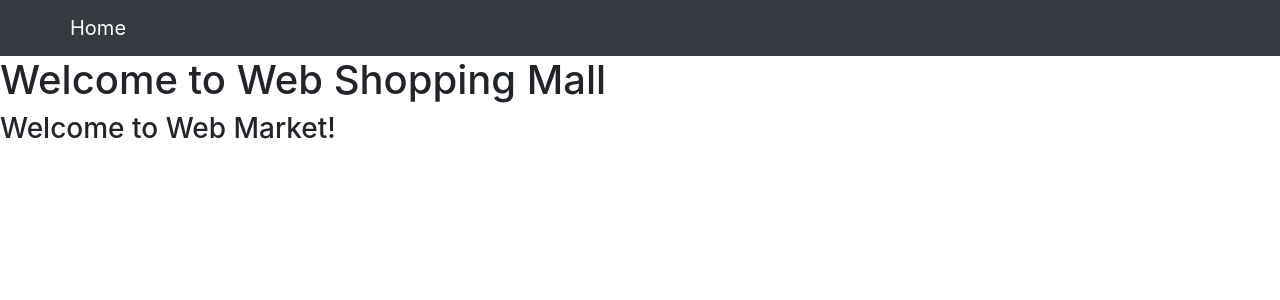
Repository: potatoy1/learning-jsp
Page: http://localhost/JSPBook/welcome.jsp
The author's editor kept a copy of each file at every save. The page is drawn from the files as they stood at one save, then again after the next save.
The browser window is 1280 px wide. The pictures show the whole page.
The page is served by Tomcat 9. Other server files are loaded and not shown.

Above is the page before, as saved 2022-09-26 08:29:46.

### JSPBook/WebContent/welcome.jsp
<%@ page language="java" contentType="text/html; charset=UTF-8"%>
<!DOCTYPE html>
<html>
<head>
<link rel="stylesheet" href="https://maxcdn.bootstrapcdn.com/bootstrap/4.0.0/css/bootstrap.min.css">
<title>Welcome</title>
</head>
<body>
	<nav class="navbar navbar-expand navbar-dark bg-dark">
		<!-- 내용이 들어간다. -->
		<div class="container">
			<div class="navbar-header">
				<a class = "navbar-brand" href="./welcome.jsp">Home</a>
			</div>
		</div>
	</nav>
	<%! // 선언문
		// 전역변수
		String greeting = "Welcome to Web Shopping Mall";
		String tagline = "Welcome to Web Market!";
	%>
	<!-- 표현문 -->
	<h1><%=greeting%></h1>
	<h3><%=tagline%></h3>
</body>
</html>

After the next save:
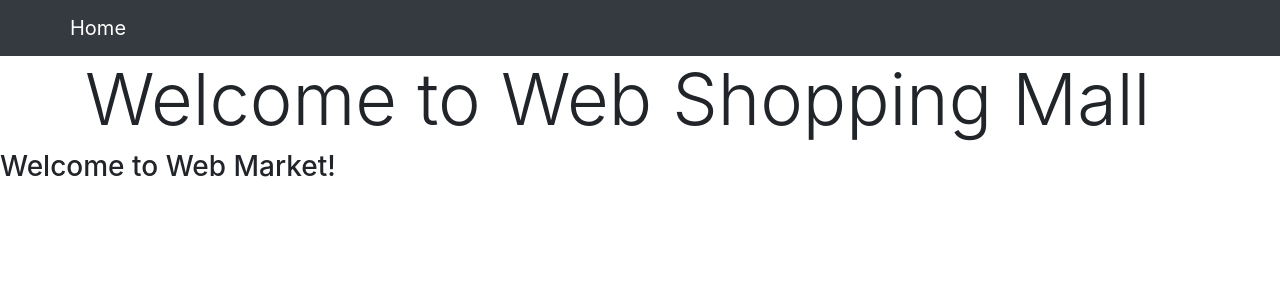
Saved 3 min 0 s later.
--- a/JSPBook/WebContent/welcome.jsp
+++ b/JSPBook/WebContent/welcome.jsp
@@ -20,7 +20,11 @@
 		String tagline = "Welcome to Web Market!";
 	%>
 	<!-- 표현문 -->
-	<h1><%=greeting%></h1>
+	<div class="jumbotraon">
+		<div class="container">
+			<h1 class="display-3"><%=greeting%></h1>
+		</div>
+	</div>
 	<h3><%=tagline%></h3>
 </body>
 </html>
